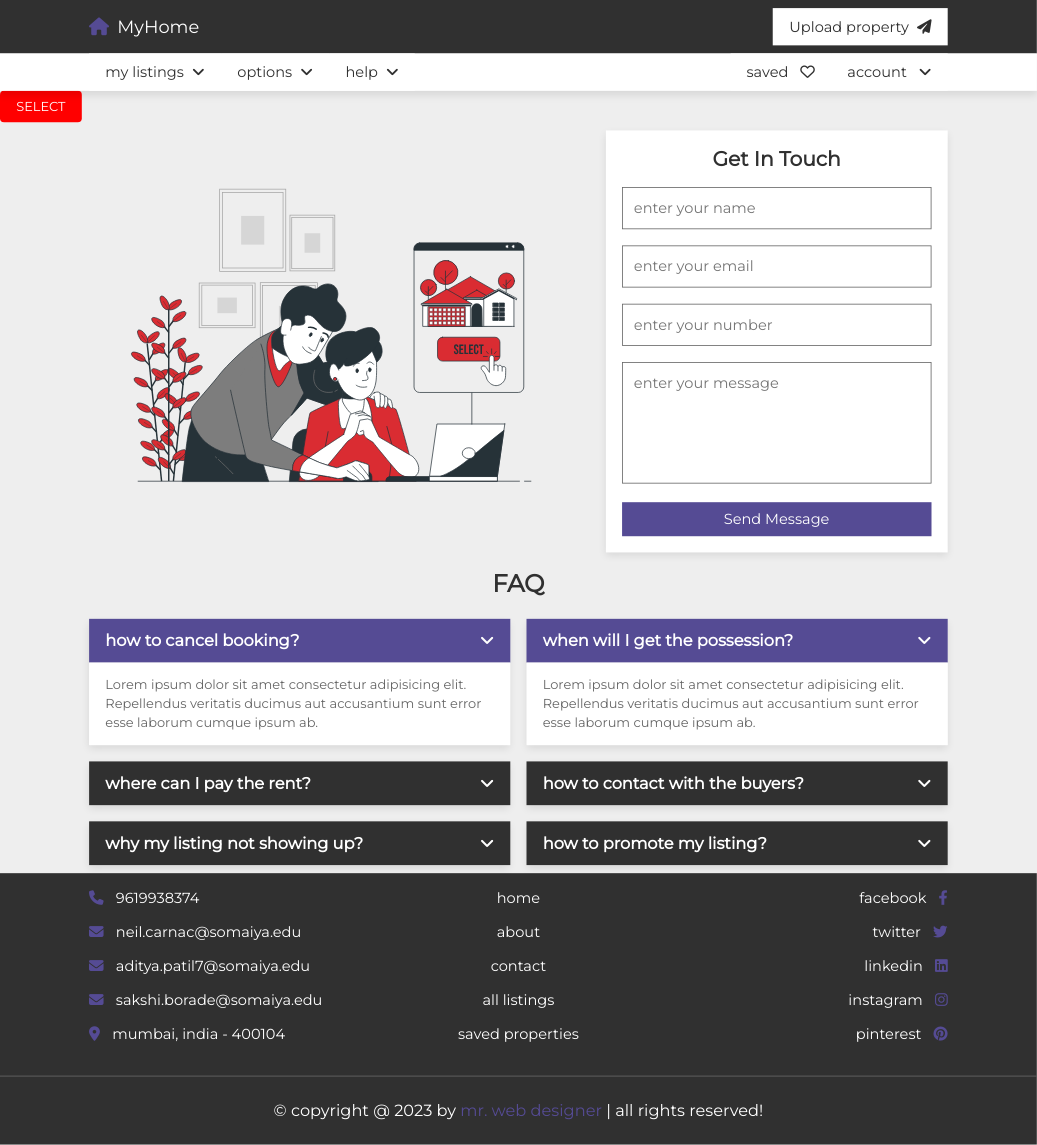
Repository: neilcarnac/wpl-project-realestatewebsite
Page: http://localhost/project/contact.php
The author's editor kept a copy of each file at every save. The page is drawn from the files as they stood at one save, then again after the next save.
The browser window is 1280 px wide. The pictures show the whole page, at 81% of full size.
The page is run by PHP 8.4 with error messages shown; the project is at /var/www/html/.

Above is the page before, as saved 2023-04-29 16:33:55.

After the next save:
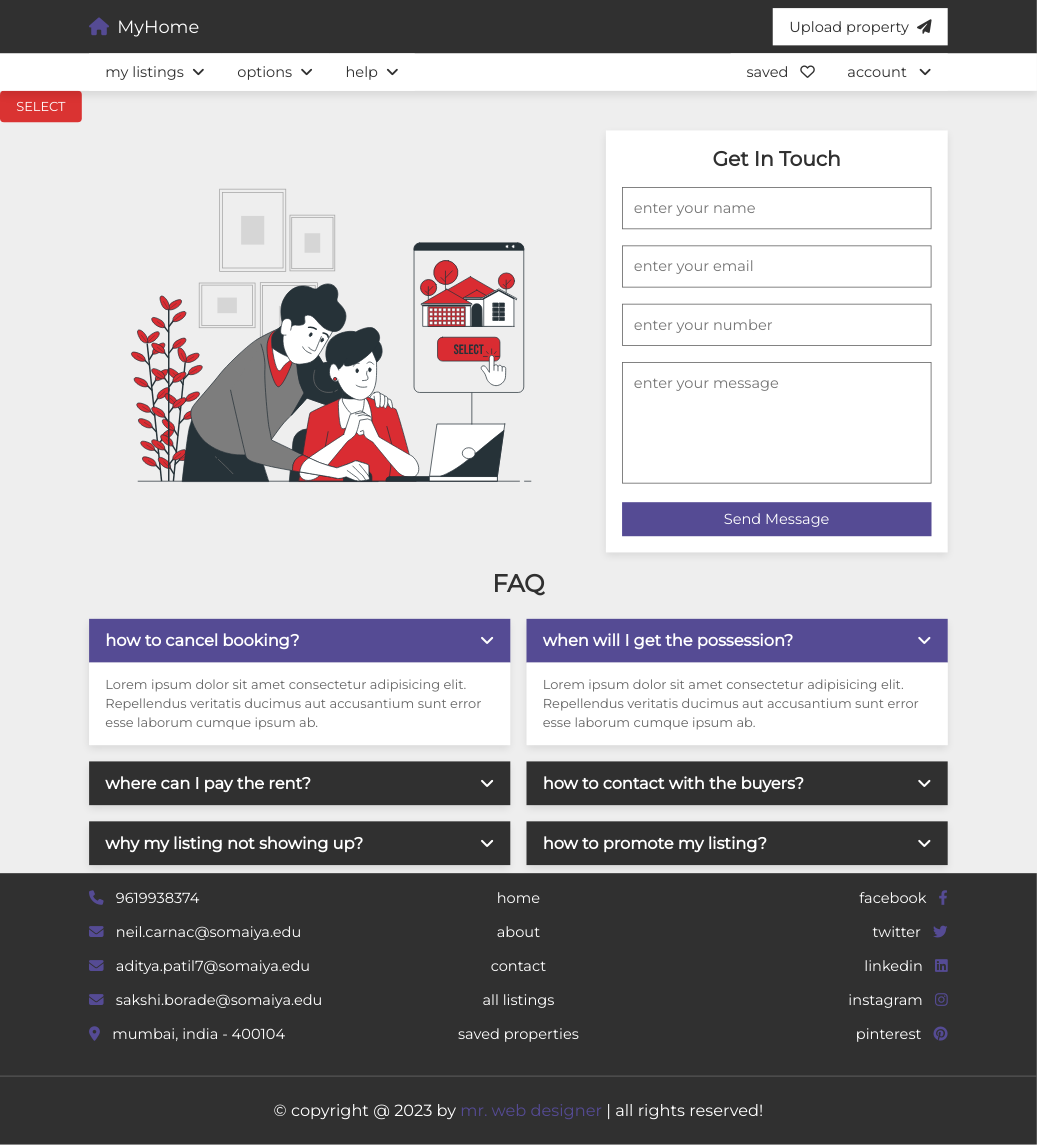
Saved 110 s later.
--- a/project/contact.php
+++ b/project/contact.php
@@ -58,7 +58,7 @@ if(isset($_POST['send'])){
 <!-- contact section starts  -->
 <style>
 		button {
-			background-color: red;
+			background-color: #da3332;
 			color: white;
 			padding: 10px 20px;
 			border: none;
